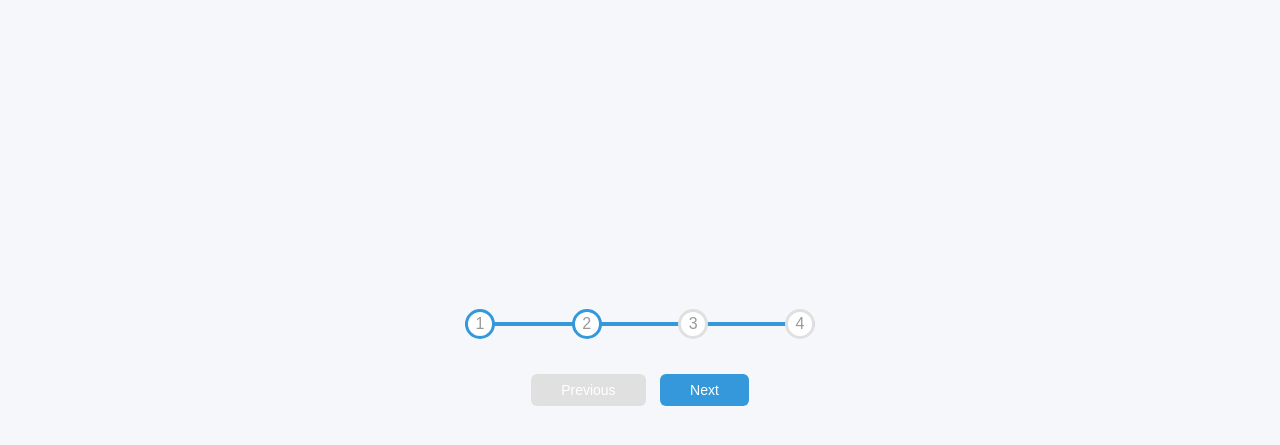
Repository: huynhvanngoan/50projectsin50days
Page: Day2/HTML/index.html
These files come from the project's save history. The page is drawn as it stood at one moment and after a run of saves; the edit follows.
The browser window is 1280 px wide. The pictures show the whole page.
After loading, the first visible `#next` was clicked once.
Some web fonts or font styles are not loaded; a fallback is used.

Above is the page before, as saved 2022-11-04 23:12:23.

After the next 2 saves:
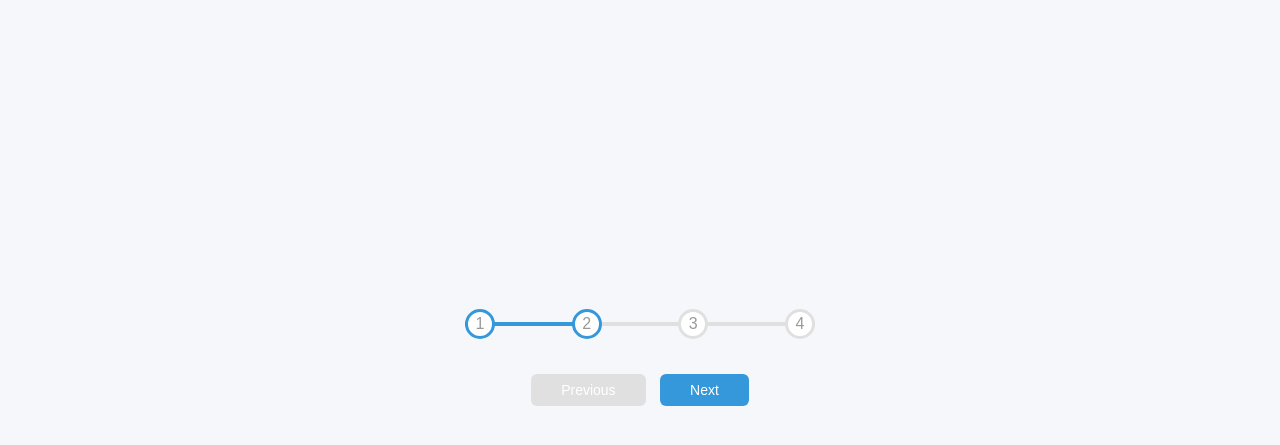
The 2 saves are shown as one change because they came seconds apart.
The last was saved 31 s later.
--- a/Day2/JS/script.js
+++ b/Day2/JS/script.js
@@ -32,5 +32,5 @@
 
     const actives = document.querySelectorAll('.active');
 
-    progress.style.width = (actives.length - 1 )/ (actives.length - 1) * 100 + '%'
+    progress.style.width = (actives.length - 1 )/ (circles.length - 1) * 100 + '%'
 }
